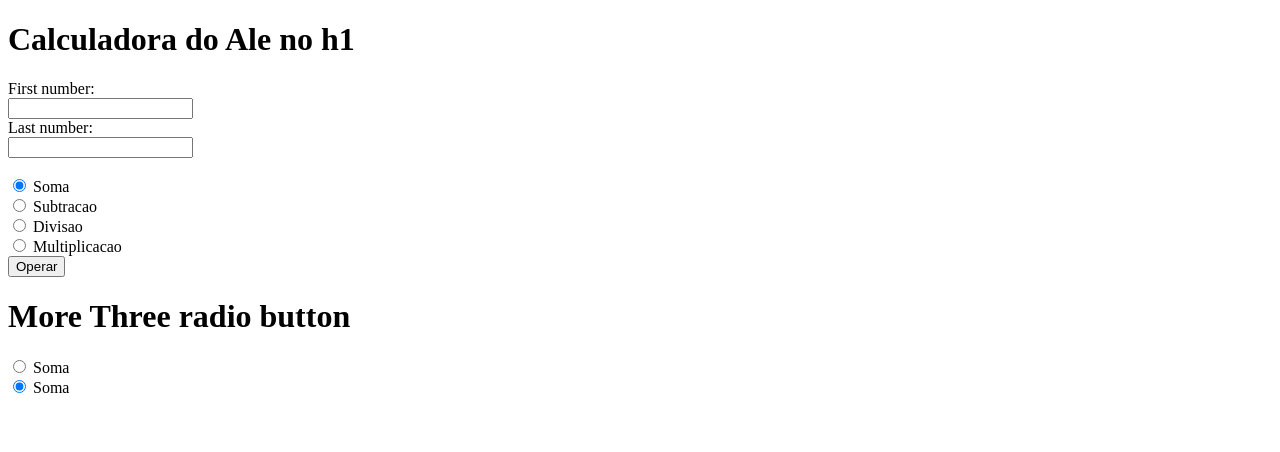
Repository: Alexandre-engelmann/git_lucas_mentory
Page: http://localhost/Calculadora/
An editor plug-in stored every save of this project. The page is shown before and after the next save, followed by the edit.
The browser window is 1280 px wide. The pictures show the whole page.
The page is served by Tomcat 9. Other server files are loaded and not shown.

Above is the page before, as saved 2019-12-20 12:16:43.

### Calculadora/WebContent/index.jsp

<%@ page language="java" contentType="text/html; charset=ISO-8859-1"
    pageEncoding="ISO-8859-1"%>
<!DOCTYPE html>
<html>
<head>
<meta charset="ISO-8859-1">
<title>Calculadora</title>
</head>
<body>
<h1>Calculadora do Ale no h1
</h1>

<form action="Operation">
  First number:<br>
  <input type="text" name="firstnumber" value="">
  <br>
  Last number:<br>
  <input type="text" name="lastnumber" value="">
  <br><br>
   <input type="radio" name="Operacao" value="soma" checked> Soma<br>
  <input type="radio" name="Operacao" value="subtracao"> Subtracao<br>
  <input type="radio" name="Operacao" value="divisao"> Divisao<br>
  <input type="radio" name="Operacao" value="multiplicacao"> Multiplicacao<br>
  <input type="submit" value="Operar">
</form>

<h1>More Three radio button</h1>
<form action="String operation">
<input type="radio" name="Operacao" value="soma" checked> Soma<br>
<input type="radio" name="Operacao" value="soma" checked> Soma<br>
</form>


</body>
</html>

After the next save:
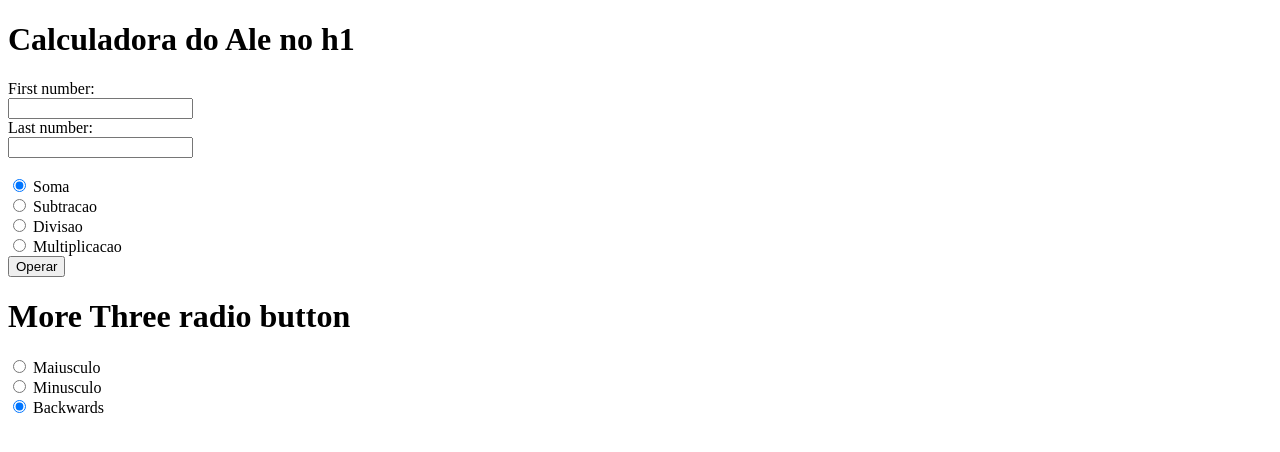
Saved 7 min 38 s later.
--- a/Calculadora/WebContent/index.jsp
+++ b/Calculadora/WebContent/index.jsp
@@ -27,8 +27,9 @@
 
 <h1>More Three radio button</h1>
 <form action="String operation">
-<input type="radio" name="Operacao" value="soma" checked> Soma<br>
-<input type="radio" name="Operacao" value="soma" checked> Soma<br>
+<input type="radio" name="Operacao" value="soma" checked> Maiusculo<br>
+<input type="radio" name="Operacao" value="soma" checked> Minusculo<br>
+<input type="radio" name="Operacao" value="soma" checked> Backwards<br>
 </form>
 
 
